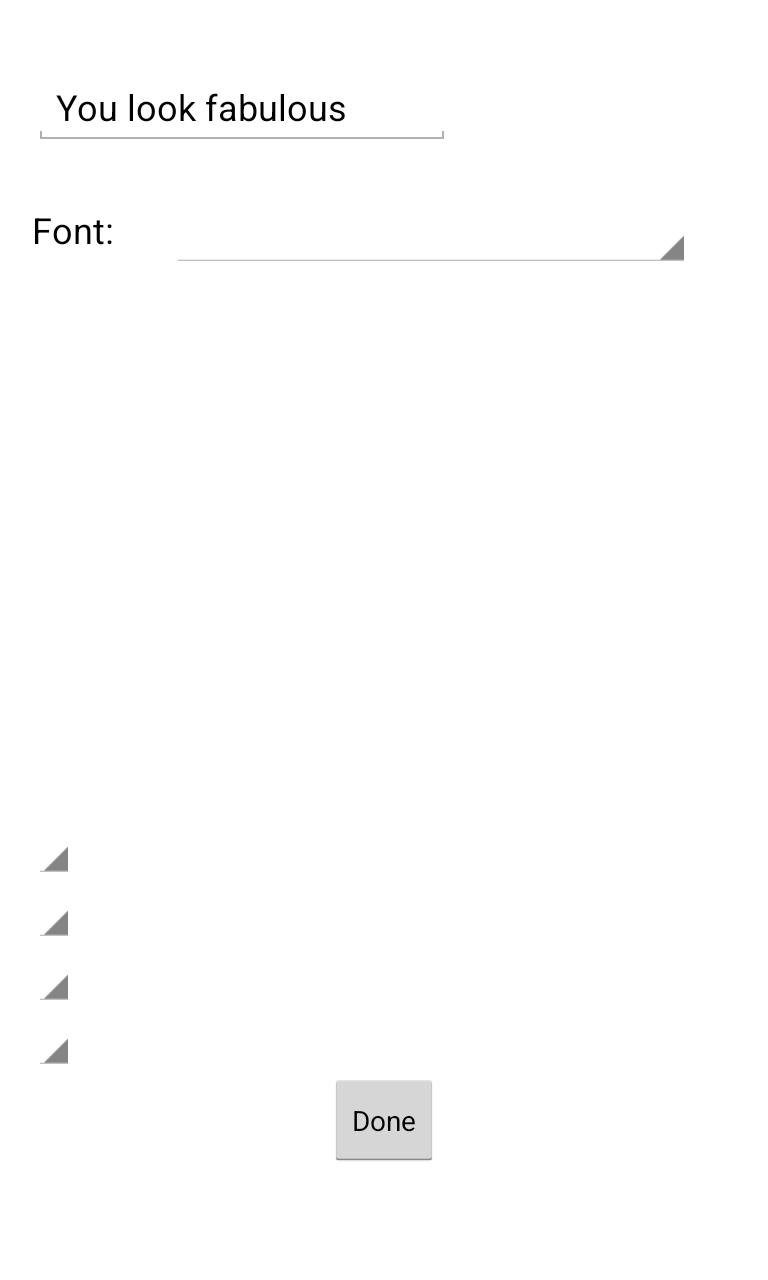
Repository: rtyanas/MyPics
Layout: workspace/MyPic/res/layout/activity_settings.xml
The author's editor kept a copy of each file at every save. The layout is drawn from the files as they stood at one save, then again after the next save.
It is drawn on a 768 x 1280 px phone screen (xhdpi) without system bars, with theme AppTheme; the app's code is not run.

Above is the layout before, as saved 2013-12-17 19:23:15.

After the next save:
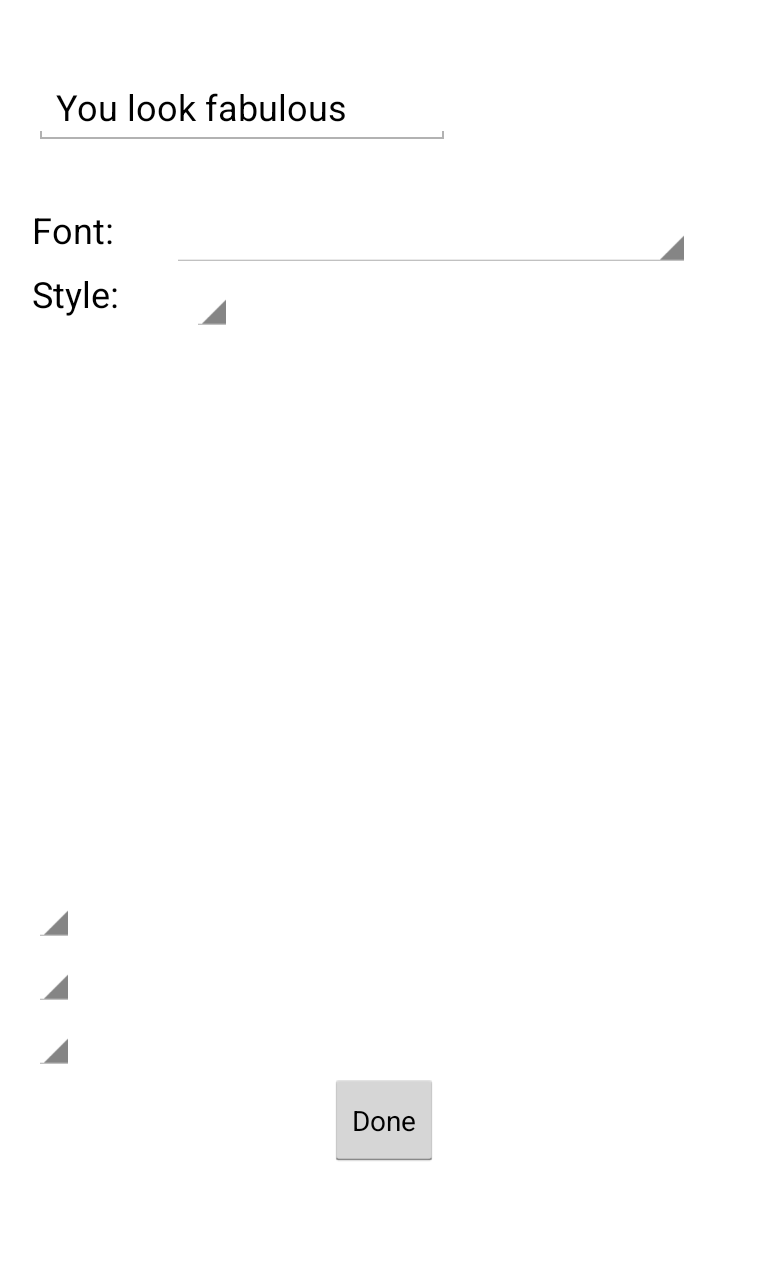
Saved 14 s later.
--- a/workspace/MyPic/res/layout/activity_settings.xml
+++ b/workspace/MyPic/res/layout/activity_settings.xml
@@ -47,13 +47,6 @@
         android:layout_width="wrap_content"
         android:layout_height="wrap_content"
         android:layout_above="@+id/size"
-        android:layout_alignLeft="@+id/style" />
-
-    <Spinner
-        android:id="@+id/style"
-        android:layout_width="wrap_content"
-        android:layout_height="wrap_content"
-        android:layout_above="@+id/color"
         android:layout_alignLeft="@+id/editText1" />
 
     <LinearLayout
@@ -75,7 +68,26 @@
             android:id="@+id/font"
             android:layout_width="261dp"
             android:layout_height="wrap_content" />
+    </LinearLayout>
 
+    <LinearLayout
+        android:layout_width="wrap_content"
+        android:layout_height="wrap_content"
+        android:layout_alignLeft="@+id/linearLayout1"
+        android:layout_below="@+id/linearLayout1" >
+
+        <TextView
+            android:id="@+id/textView1"
+            android:layout_width="79dp"
+            android:layout_height="wrap_content"
+            android:text="@string/style"
+            android:textAppearance="?android:attr/textAppearanceMedium" />
+
+        <Spinner
+            android:id="@+id/style"
+            android:layout_width="wrap_content"
+            android:layout_height="wrap_content"
+            android:layout_weight="1" />
     </LinearLayout>
 
 </RelativeLayout>
